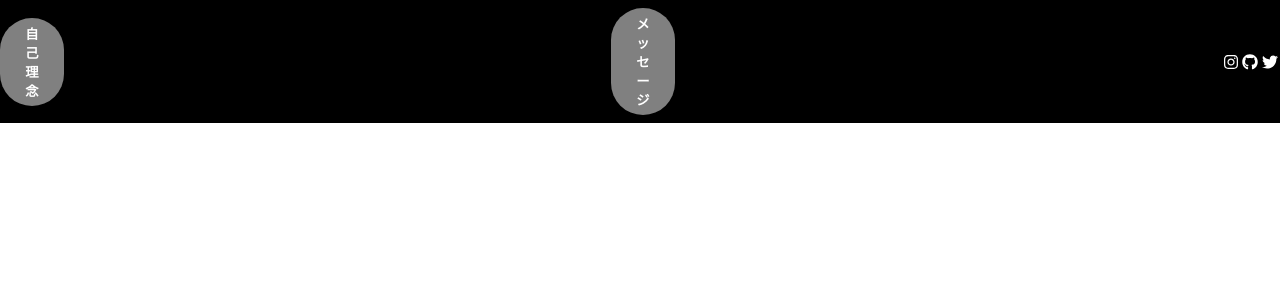
Repository: Rujuu-prog/react-mysite
Page: /
The author's editor kept a copy of each file at every save. The page is drawn from the files as they stood at one save, then again after the next save.
The browser window is 1280 px wide. The pictures show the whole page.
The project was rebuilt for these pictures with package versions that can differ from the ones it lists, and the page was loaded fresh each time. A package was used in the major version that the imports need, not the one package.json lists.

Above is the page before, as saved 2021-05-12 15:49:42.

After the next save:
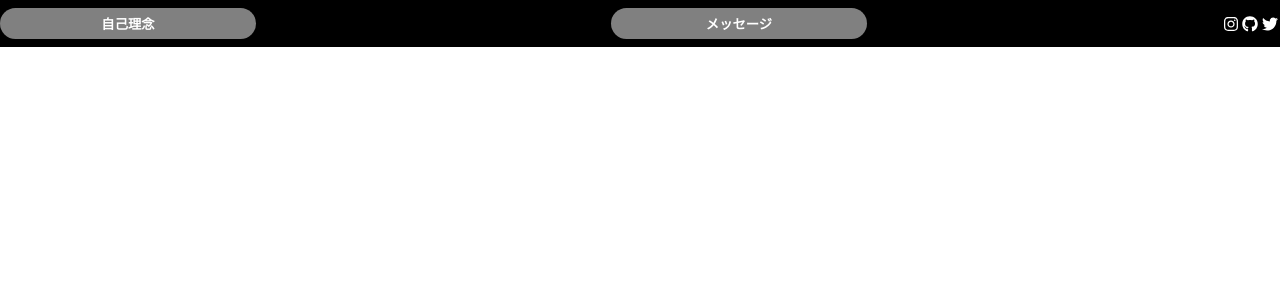
Saved 11 s later.
--- a/src/components/atoms/button/PrimaryButton.tsx
+++ b/src/components/atoms/button/PrimaryButton.tsx
@@ -8,5 +8,5 @@ export const PrimaryButton = (props:any) => {
 
 const SButton = styled(BaseButton)`
     background-color: gray;
-    width: 5%;
+    width: 20%;
 `;
